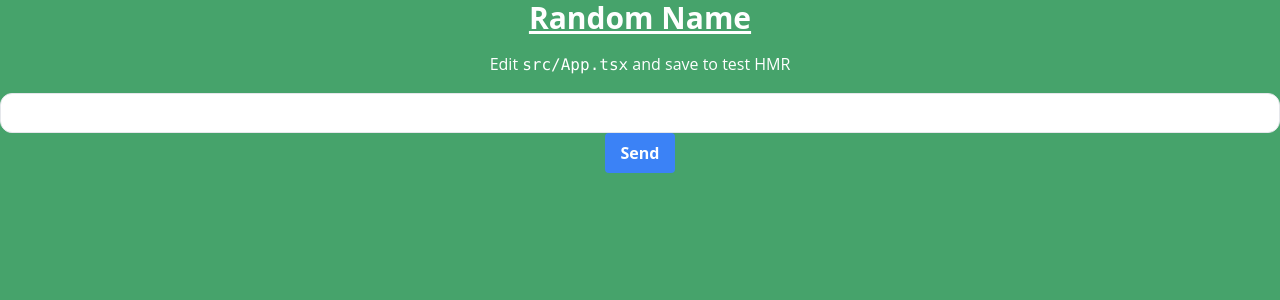
Repository: prodavetc/randomname
Page: /
An editor plug-in stored every save of this project. The page is shown before and after the next save, followed by the edit.
The browser window is 1280 px wide. The pictures show the whole page.
The project was rebuilt for these pictures with package versions that can differ from the ones it lists, and the page was loaded fresh each time. Also part of the build but not shown: vite.config.ts.

Above is the page before, as saved 2024-03-26 10:28:35.

After the next save:
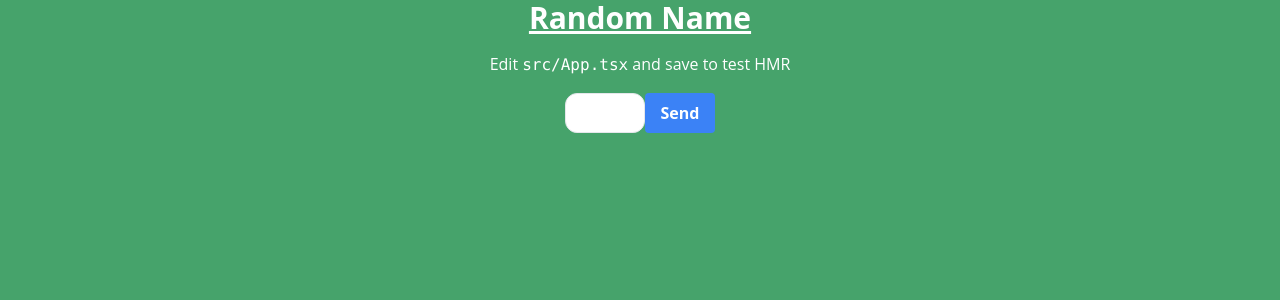
Saved 25 s later.
--- a/src/components/RandomName.tsx
+++ b/src/components/RandomName.tsx
@@ -35,7 +35,7 @@ const RandomName = () => {
       </div>
       <div className="text-center">
         <form onSubmit={onPressHandler}>
-          <input name='list' className="w-full border rounded-xl text-gray-800 focus:outline-none focus:border-indigo-300 pl-4 h-10" />
+          <input name='list' className="w-20 border rounded-xl text-gray-800 focus:outline-none focus:border-indigo-300 pl-4 h-10" />
           <button className="bg-blue-500 hover:bg-blue-700 text-white font-bold py-2 px-4 rounded"
           >Send</button>
         </form>
